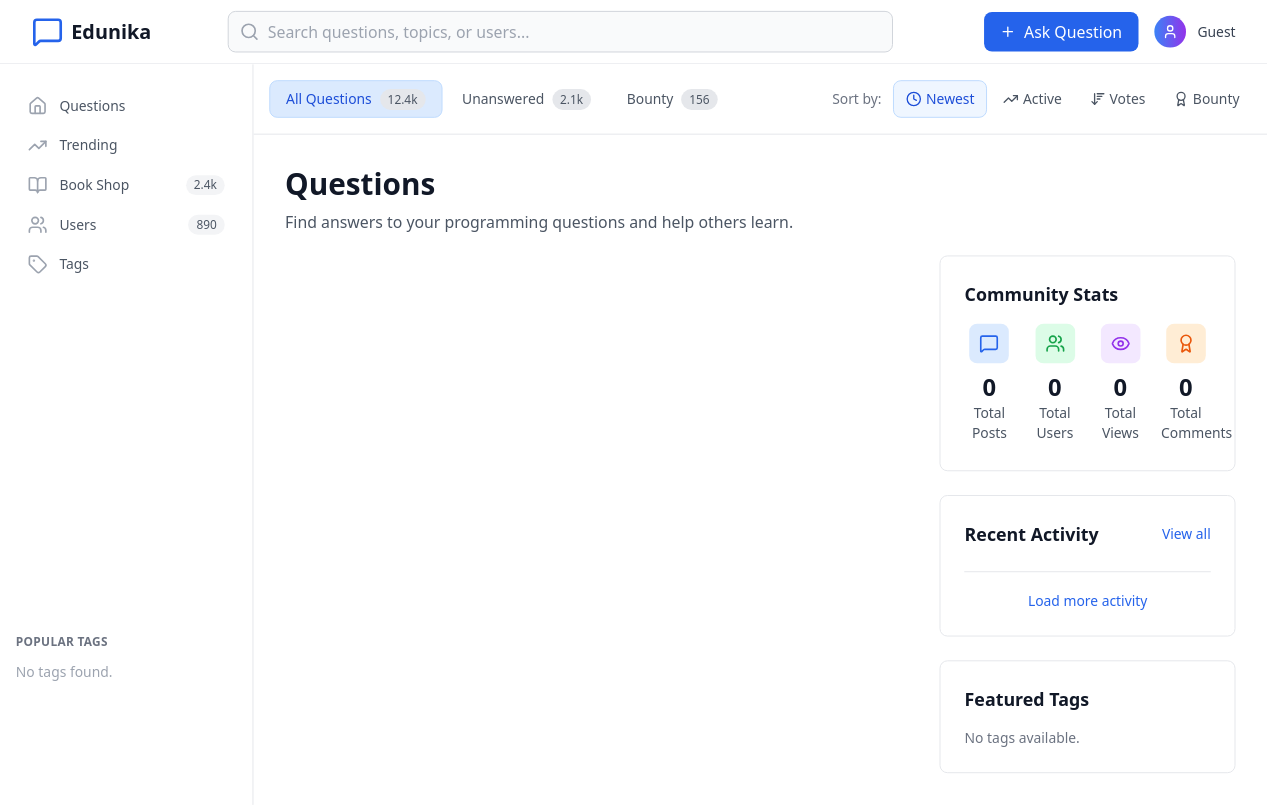
Repository: Ruddro420/forum-front-end
Page: /questions
The author's editor kept a copy of each file at every save. The page is drawn from the files as they stood at one save, then again after a run of saves.
The browser window is 1280 px wide. The pictures show the whole page, at 99% of full size.
The page's requests for data from a server got no answer. The project was rebuilt for these pictures with package versions that can differ from the ones it lists, and the page was loaded fresh each time. No one was signed in, and anything a server would have sent is missing. Also part of the build but not shown: vite.config.js, src/Pages/Home.jsx, src/components/Question/QuestionCard.jsx, src/components/Question/AddQuestionSidebar.jsx, src/Pages/AskQuestion.jsx, src/Pages/ShopPage.jsx, src/Pages/QuestionDetail.jsx, src/Pages/ChatInterface.jsx and 6 more.

Above is the page before, as saved 2025-08-07 01:30:36.

### index.html
<!doctype html>
<html lang="en" data-theme="light">
  <head>
    <meta charset="UTF-8" />
    <link rel="icon" type="image/svg+xml" href="/vite.svg" />
    <meta name="viewport" content="width=device-width, initial-scale=1.0" />
    <title>Edunika</title>
  </head>
  <body>
    <div id="root"></div>
    <script type="module" src="/src/main.jsx"></script>
  </body>
</html>

### src/main.jsx
import { StrictMode } from 'react'
import { createRoot } from 'react-dom/client'
import './index.css'
import { createBrowserRouter, RouterProvider } from "react-router";
import MainLayout from './Layouts/MainLayout';
import Home from './Pages/Home';
import ForumPage from './Pages/ForumPage';
import AskQuestion from './Pages/AskQuestion';
import ShopPage from './Pages/ShopPage';
import QuestionDetail from './Pages/QuestionDetail';
import ChatInterface from './Pages/ChatInterface';
import StudentProfile from './Pages/StudentProfile';
import StudentDashboard from './Pages/StudentDashboard';
import Register from './Pages/Register';
import Login from './Pages/Login';
import PrivateRoute from './Auth/PrivateRoute';
import { AuthProvider } from './Auth/context/AuthContext';

const router = createBrowserRouter([
  {
    path: "",
    element: <MainLayout />,
    children: [
      { path: "/", element: <ForumPage /> },
      { path: "/questions", element: <ForumPage /> },
      { path: "/shop", element: <ShopPage /> },
    ]
  },
  {
    path: "",
    element: <PrivateRoute><MainLayout /></PrivateRoute>,
    children: [
      { path: "/ask-question", element: <AskQuestion /> },
      { path: "/question-detail/:id", element: <QuestionDetail /> },
      { path: "/chat/", element: <ChatInterface /> },
      { path: "/profile", element: <StudentProfile /> },
      { path: "/dashboard", element: <StudentDashboard /> },
    ]
  },
  { path: "/register", element: <Register /> },
  { path: "/login", element: <Login /> }
]);

createRoot(document.getElementById('root')).render(
  <StrictMode>
    <AuthProvider>
      <RouterProvider router={router} />
    </AuthProvider>
  </StrictMode>,
)

### src/index.css
@tailwind base;
@tailwind components;
@tailwind utilities;




/* :root {
  font-family: system-ui, Avenir, Helvetica, Arial, sans-serif;
  line-height: 1.5;
  font-weight: 400;

  color-scheme: light dark;
  color: rgba(255, 255, 255, 0.87);
  background-color: #242424;

  font-synthesis: none;
  text-rendering: optimizeLegibility;
  -webkit-font-smoothing: antialiased;
  -moz-osx-font-smoothing: grayscale;
}

@media (prefers-color-scheme: light) {
  :root {
    color: #213547;
    background-color: #ffffff;
  }
  a:hover {
    color: #747bff;
  }
  button {
    background-color: #f9f9f9;
  }
}
 */

### src/Layouts/MainLayout.jsx
import { useState } from "react";
import Header from "./Header";
import { Outlet } from "react-router";
import Sidebar from "./Sidebar";
import { Toaster } from "react-hot-toast";
import ScrollToTop from "../components/ScrollToTop";
import { useAuth } from "../Auth/context/AuthContext";


const MainLayout = () => {
  const [isSidebarOpen, setIsSidebarOpen] = useState(false);
  const { user, logout } = useAuth();

  return (
    <>
      <ScrollToTop />
      {/* {user ? (
        <>
          <span className="text-gray-700">Hi, {user.name}</span>
          <button
            onClick={logout}
            className="bg-red-500 text-white px-3 py-1 rounded hover:bg-red-600"
          >
            Logout
          </button>
        </>
      ) : (
        <a href="/login" className="text-blue-600">Login</a>
      )} */}
      <Header
        onMenuToggle={() => setIsSidebarOpen(!isSidebarOpen)}
        isMenuOpen={isSidebarOpen}
      />
      <div className="flex">
        <Sidebar
          isOpen={isSidebarOpen}
          onClose={() => setIsSidebarOpen(false)}
        />
        <main className="flex-1 lg:ml-0">
          <Outlet />
        </main>
      </div>
      <Toaster position='top-center' />
    </>
  );
};

export default MainLayout;

### src/Pages/ForumPage.jsx
import React, { useState } from "react";
import FilterBar from "../components/FilterBar";
import ActivityFeed from "../components/ActivityFeed";
import StatsWidget from "../components/StatsWidget";
import QuestionList from "../components/Question/QuestionList";
import { useAuth } from "../Auth/context/AuthContext";

const ForumPage = () => {
  const { posts, fetauredTag } = useAuth();
  const [currentPage, setCurrentPage] = useState(1);
  const postsPerPage = 4;

  const totalPages = Math.ceil(posts.length / postsPerPage);
  const paginatedPosts = posts.slice(
    (currentPage - 1) * postsPerPage,
    currentPage * postsPerPage
  );

  const tags = fetauredTag ? Object.keys(fetauredTag).slice(0, 9) : [];

  return (
    <>
      <FilterBar />
      <div className="mx-auto px-4 sm:px-6 lg:px-8 py-8">
        <div className="grid grid-cols-1 lg:grid-cols-3 gap-8">
          {/* Main Content */}
          <div className="lg:col-span-2">
            <div className="mb-6">
              <h1 className="text-3xl font-bold text-gray-900 mb-2">Questions</h1>
              <p className="text-gray-600">
                Find answers to your programming questions and help others learn.
              </p>
            </div>

            <QuestionList posts={paginatedPosts} />

            {/* Pagination */}
            <div className="mt-8 flex items-center justify-center space-x-2">
              {Array.from({ length: totalPages }, (_, i) => i + 1).map((page) => (
                <button
                  key={page}
                  onClick={() => setCurrentPage(page)}
                  className={`px-4 py-2 text-sm font-medium border rounded-lg ${
                    currentPage === page
                      ? "text-white bg-blue-600 border-blue-600"
                      : "text-gray-700 bg-white border-gray-300 hover:bg-gray-50"
                  }`}
                >
                  {page}
                </button>
              ))}

              {currentPage < totalPages && (
                <button
                  onClick={() => setCurrentPage((prev) => prev + 1)}
                  className="px-4 py-2 text-sm font-medium text-gray-700 bg-white border border-gray-300 rounded-lg hover:bg-gray-50"
                >
                  Next
                </button>
              )}
            </div>
          </div>

          {/* Sidebar Content */}
          <div className="space-y-6 mt-[90px]">
            <StatsWidget />
            <ActivityFeed />

            {/* Featured Tags */}
            <div className="bg-white rounded-lg border border-gray-200 p-6">
              <h3 className="text-lg font-semibold text-gray-900  mb-4">
                Featured Tags
              </h3>
              <div className="flex flex-wrap gap-2">
                {tags.length > 0 ? (
                  tags.map((tag) => (
                    <span
                      key={tag}
                      className="px-3 py-1 bg-blue-100 text-blue-800 rounded-lg text-sm font-medium cursor-pointer hover:bg-blue-200 transition-colors"
                    >
                      {tag}
                    </span>
                  ))
                ) : (
                  <span className="text-sm text-gray-500">
                    No tags available.
                  </span>
                )}
              </div>
            </div>
          </div>
        </div>
      </div>
    </>
  );
};

export default ForumPage;

### src/Auth/context/AuthContext.jsx
/* eslint-disable react-refresh/only-export-components */
import { createContext, useContext, useEffect, useState } from "react";
import { useNavigate } from "react-router";

const AuthContext = createContext(null);

export const AuthProvider = ({ children }) => {
    const [user, setUser] = useState(null);
    const [loading, setLoading] = useState(true);


    // Load user from sessionStorage on refresh
    useEffect(() => {
        fetchUser()

    }, []);



    const fetchUser = async () => {
        const userId = sessionStorage.getItem("userId");
        try {
            const res = await fetch(`${import.meta.env.VITE_SERVER_API}/me/${userId}`, {
                credentials: "include", // important if using cookies
            });
            // console.log("respose of me", res);
            if (!res.ok) throw new Error("Failed to fetch user");
            const data = await res.json();
            setUser(data);
        } catch (error) {
            console.error("Fetch user error:", error);
            setUser(null);
        } finally {
            setLoading(false);
        }
    };

    // Login using POST
    const login = async (email, password) => {
        try {
            const res = await fetch(`${import.meta.env.VITE_SERVER_API}/login`, {
                method: "POST",
                headers: {
                    "Content-Type": "application/json",
                },
                body: JSON.stringify({ email, password }),
            });

            const data = await res.json();
            console.log("logindata", data.user);
            // setUser(data.user);

            // If API returns a user id
            if (data?.user?.id) {
                sessionStorage.setItem("userId", data.user.id); // optional
                await fetchUser(); // ✅ no id needed
                return { success: true };
            } else {
                return { success: false, message: data?.message || "Invalid credentials" };
            }
        } catch (error) {
            console.error("Login error:", error);
            return { success: false, message: "Login failed" };
        }
    };

    // const navigate = useNavigate();

    const logout = () => {
        sessionStorage.removeItem("userId");
        setUser(null);
        window.location.reload();
    };

    const [posts, setPosts] = useState([])

    // fetch post data
    const fetchPost = async () => {
        //   const userId = sessionStorage.getItem("userId");
        try {
            const res = await fetch(`${import.meta.env.VITE_SERVER_API}/posts`);
            // console.log("respose of me",res);
            if (!res.ok) throw new Error("Failed to fetch user");
            const data = await res.json();
            setPosts(data.data);
        } catch (error) {
            console.error("Fetch user error:", error);
            // setUser(null);
        } finally {
            setLoading(false);
        }
    };

    // console.log(posts);

    useEffect(() => {
        fetchPost()
    }, [])

    console.log(posts);






    return (
        <AuthContext.Provider value={{ user, loading, login, logout, fetchUser,posts }}>
            {children}
        </AuthContext.Provider>
    );
};

export const useAuth = () => useContext(AuthContext);

### src/components/ScrollToTop.jsx
import { useEffect } from 'react';
import { useLocation } from 'react-router';

const ScrollToTop = () => {
  const { pathname } = useLocation();

  useEffect(() => {
    window.scrollTo({
      top: 0,
      behavior: 'smooth', // or 'auto' if you want instant scroll
    });
  }, [pathname]);

  return null;
};

export default ScrollToTop;

### src/components/FilterBar.jsx
import { Award, Calendar, Clock, Filter, SortDesc, TrendingUp } from "lucide-react";
import { useState } from "react";


const FilterBar = () => {
  const [activeFilter, setActiveFilter] = useState('newest');
  const [activeTab, setActiveTab] = useState('all');

  const filterOptions = [
    { id: 'newest', label: 'Newest', icon: Clock },
    { id: 'active', label: 'Active', icon: TrendingUp },
    { id: 'votes', label: 'Votes', icon: SortDesc },
    { id: 'bounty', label: 'Bounty', icon: Award },
  ];

  const tabs = [
    { id: 'all', label: 'All Questions', count: '12.4k' },
    { id: 'unanswered', label: 'Unanswered', count: '2.1k' },
    { id: 'bounty', label: 'Bounty', count: '156' },
  ];

  return (
    <div className="bg-white border-b border-gray-200 px-4 py-4">
      <div className="max-w-7xl mx-auto">
        {/* Tabs */}
        <div className="flex flex-wrap items-center justify-between">
          <div className="flex space-x-1">
            {tabs.map((tab) => (
              <button
                key={tab.id}
                onClick={() => setActiveTab(tab.id)}
                className={`px-4 py-2 text-sm font-medium rounded-lg transition-colors ${
                  activeTab === tab.id
                    ? 'bg-blue-100 text-blue-700 border border-blue-200'
                    : 'text-gray-600 hover:text-gray-900 hover:bg-gray-50'
                }`}
              >
                {tab.label}
                <span className="ml-2 text-xs bg-gray-200 text-gray-600 px-2 py-0.5 rounded-full">
                  {tab.count}
                </span>
              </button>
            ))}
          </div>

          <div className="flex items-center space-x-3">
            <span className="text-sm text-gray-500">Sort by:</span>
            <div className="flex space-x-1">
              {filterOptions.map((option) => (
                <button
                  key={option.id}
                  onClick={() => setActiveFilter(option.id)}
                  className={`flex items-center px-3 py-2 text-sm font-medium rounded-lg transition-colors ${
                    activeFilter === option.id
                      ? 'bg-blue-50 text-blue-700 border border-blue-200'
                      : 'text-gray-600 hover:text-gray-900 hover:bg-gray-50'
                  }`}
                >
                  <option.icon className="h-4 w-4 mr-1" />
                  {option.label}
                </button>
              ))}
            </div>
          </div>
        </div>

        {/* Active Filters */}
        {/* <div className="flex items-center justify-between">
          <div className="flex items-center space-x-4">
            <span className="text-sm text-gray-500">
              Showing 12,456 questions
            </span>
            <div className="flex items-center space-x-2">
              <Filter className="h-4 w-4 text-gray-400" />
              <span className="text-sm text-gray-600">
                Filtered by: JavaScript, React
              </span>
              <button className="text-sm text-blue-600 hover:text-blue-700">
                Clear filters
              </button>
            </div>
          </div>

          <button className="text-sm text-gray-600 hover:text-gray-900 flex items-center">
            <Calendar className="h-4 w-4 mr-1" />
            Last 30 days
          </button>
        </div> */}
      </div>
    </div>
  );
};

export default FilterBar;

### src/components/ActivityFeed.jsx
import React from 'react';
import { MessageSquare, Award, TrendingUp, Users, Clock, UserCircle } from 'lucide-react';
import { useAuth } from '../Auth/context/AuthContext';
import { format } from 'timeago.js';
import { NavLink } from 'react-router';

const ActivityFeed = () => {
  const { recentPost } = useAuth()

  return (
    <div className="bg-white rounded-lg border border-gray-200 p-6 ">
      <div className="flex items-center justify-between mb-4">
        <h3 className="text-lg font-semibold text-gray-900 ">
          Recent Activity
        </h3>
        <button className="text-sm text-blue-600 hover:text-blue-700 ">
          View all
        </button>
      </div>

      <div className="space-y-4">
        {recentPost?.map((post) => (
          <div key={post.id} className="flex items-start space-x-3">
            <div className="p-2 rounded-lg bg-blue-100 ">
              <MessageSquare className="h-4 w-4 text-blue-600 " />
            </div>
            <NavLink to={`/question-detail/${post.id}`} className="flex-1 min-w-0 cursor-pointer">
              <p className="text-sm text-gray-900  font-medium">
                {post.title}
              </p>
              <p className="text-xs text-gray-500 ">

                <span className="font-bold text-green-900 mr-2">
                  {post.category?.name || "N/A"}
                </span>
                ||
                <span className="font-bold text-orange-900 ml-2">
                   {post.sub_category?.name || "N/A"}
                </span>
              </p>
              <div className="flex items-center mt-1 text-xs text-gray-500">
                <UserCircle className="h-3 w-3 mr-1" />
                <span>{post.student?.name || "Admin"}</span>
                <span className="mx-1">•</span>
                <Clock className="h-3 w-3 mr-1" />
                {/* <span>{moment(post.created_at).fromNow()}</span> */}
                <span>{format(post.created_at)}</span>
              </div>
            </NavLink>
          </div>
        ))}
      </div>

      <div className="mt-6 pt-4 border-t border-gray-200">
        <button className="w-full text-center text-sm text-blue-600 hover:text-blue-700  font-medium">
          Load more activity
        </button>
      </div>
    </div>
  );
};

export default ActivityFeed;

### src/components/StatsWidget.jsx
import { Award, Eye, MessageSquare, Users } from "lucide-react";
import { useAuth } from "../Auth/context/AuthContext";

const StatsWidget = () => {
  const { stats } = useAuth();

  const statsData = [
    {
      label: "Total Posts",
      value: stats?.total_posts ?? 0,
      change: "+234",
      changeType: "increase",
      icon: MessageSquare,
      color: "text-blue-600",
      bgColor: "bg-blue-100",
    },
    {
      label: "Total Users",
      value: stats?.total_users ?? 0,
      change: "+156",
      changeType: "increase",
      icon: Users,
      color: "text-green-600",
      bgColor: "bg-green-100",
    },
    {
      label: "Total Views",
      value: stats?.total_views ?? 0,
      change: "+12%",
      changeType: "increase",
      icon: Eye,
      color: "text-purple-600",
      bgColor: "bg-purple-100",
    },
    {
      label: "Total Comments",
      value: stats?.total_comments ?? 0,
      change: "+45",
      changeType: "increase",
      icon: Award,
      color: "text-orange-600",
      bgColor: "bg-orange-100",
    },
  ];

  return (
    <div className="bg-white rounded-lg border border-gray-200 p-6 ">
      <h3 className="text-lg font-semibold text-gray-900  mb-4">
        Community Stats
      </h3>

      <div className="grid grid-cols-4 gap-4">
        {statsData.map((stat, index) => {
          const Icon = stat.icon;
          return (
            <div key={index} className="text-center">
              <div
                className={`inline-flex items-center justify-center w-10 h-10 rounded-lg ${stat.bgColor} mb-2`}
              >
                <Icon className={`h-5 w-5 ${stat.color}`} />
              </div>
              <div className="text-2xl font-bold text-gray-900 ">
                {stat.value}
              </div>
              <div className="text-sm text-gray-600  mb-1">
                {stat.label}
              </div>
              {/* <div className="text-xs text-green-600 font-medium">
                {stat.change} this week
              </div> */}
            </div>
          );
        })}
      </div>
    </div>
  );
};

export default StatsWidget;

### src/components/Question/QuestionList.jsx
// import questions from '../../../public/data/questions.json'
import { useAuth } from '../../Auth/context/AuthContext';
import QuestionCard from './QuestionCard';

const QuestionList = () => {
const {posts} = useAuth();
console.log(posts);


  return (
    <div className="space-y-4">
      {posts?.map((question) => (
        <QuestionCard key={question.id} question = {question} />
      ))}
    </div>
  );
};

export default QuestionList;

Loaded but not shown: tailwind.config.js (common file); src/Layouts/Sidebar.jsx (138 lines, source omitted); src/Layouts/Header.jsx (77 lines, source omitted)

After the next 2 saves:
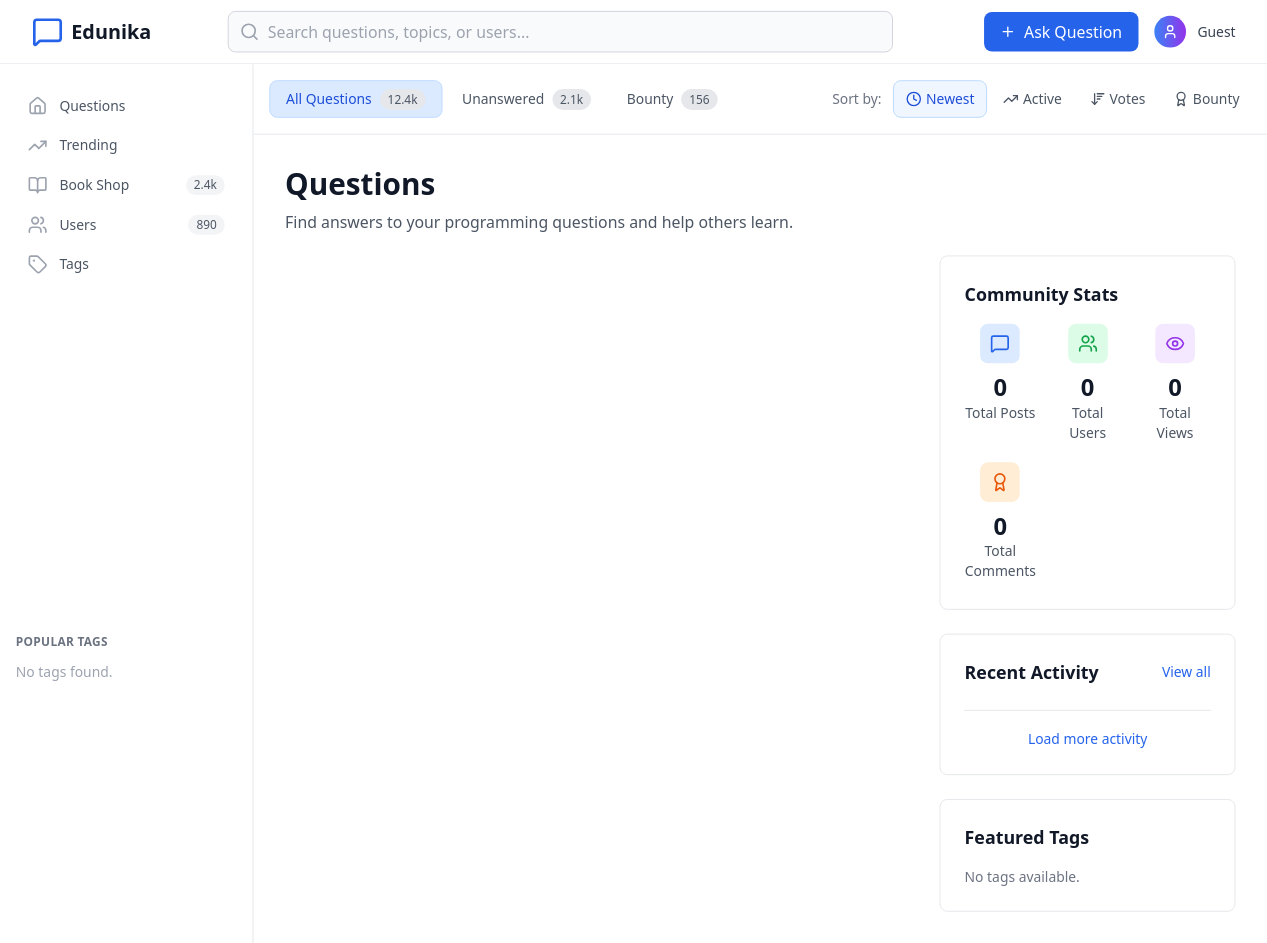
The 2 saves are shown as one change because they came seconds apart.
The last was saved 8 s later.
--- a/src/components/StatsWidget.jsx
+++ b/src/components/StatsWidget.jsx
@@ -49,7 +49,7 @@ const StatsWidget = () => {
         Community Stats
       </h3>
 
-      <div className="grid grid-cols-4 gap-4">
+      <div className="grid grid-cols-3 gap-4">
         {statsData.map((stat, index) => {
           const Icon = stat.icon;
           return (
